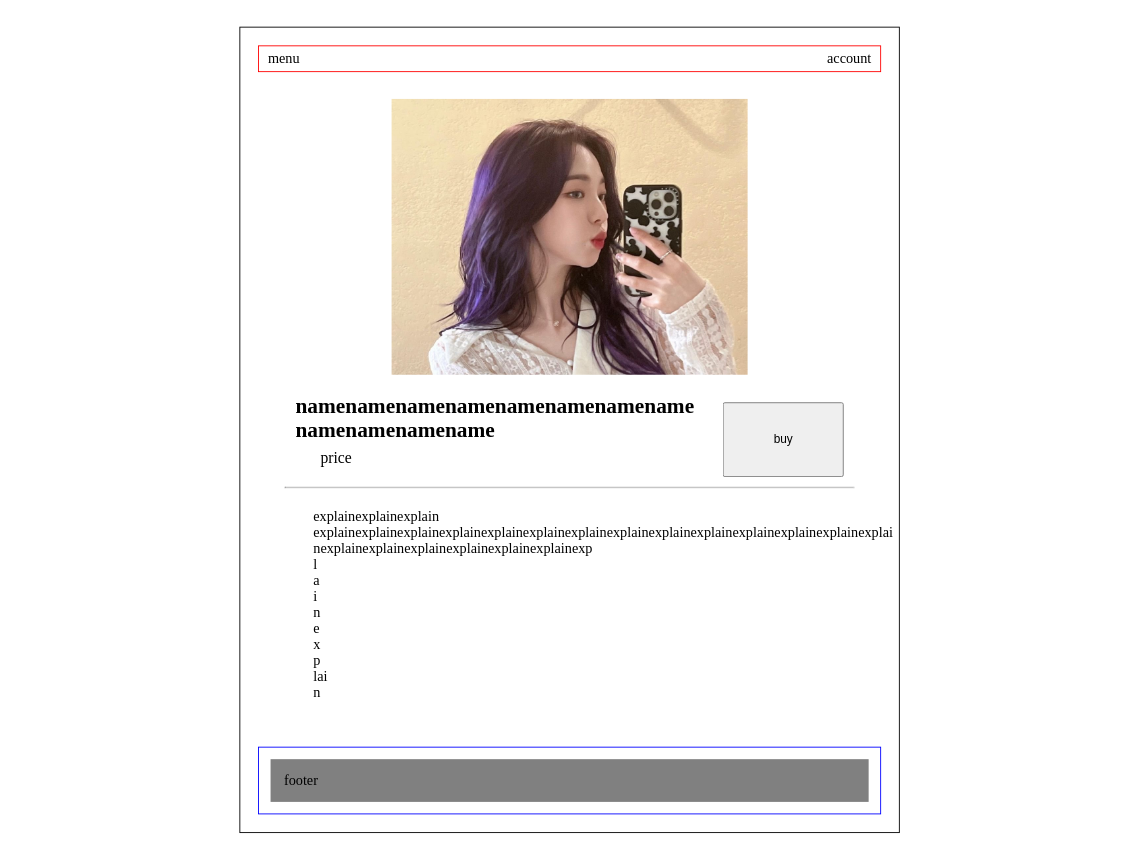
Repository: dongwoon1/cal
Page: http://localhost/calDWC/view.jsp
These files come from the project's save history. The page is drawn as it stood at one moment and after the next save; the edit follows.
The browser window is 1280 px wide. The pictures show the whole page, at 89% of full size.
The page is served by Tomcat 9.

Above is the page before, as saved 2025-03-20 04:20:11.

After the next save:
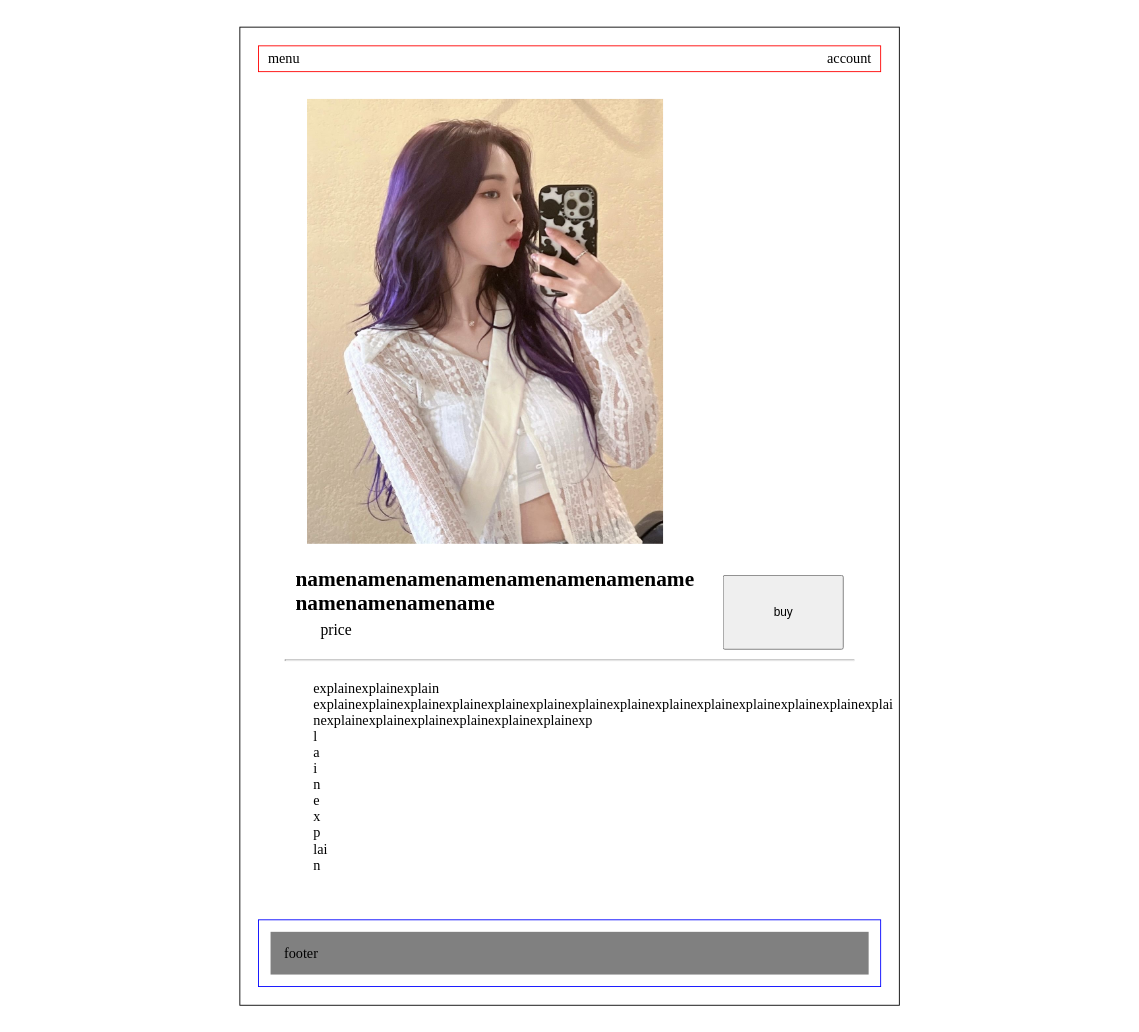
Saved 17 s later.
--- a/calProject/calDWC/src/main/webapp/css/view.css
+++ b/calProject/calDWC/src/main/webapp/css/view.css
@@ -6,7 +6,7 @@
 
 .img-box{
     text-align: center;
-    height: 310px;
+    width:450px;
     overflow: hidden;
 }
 
